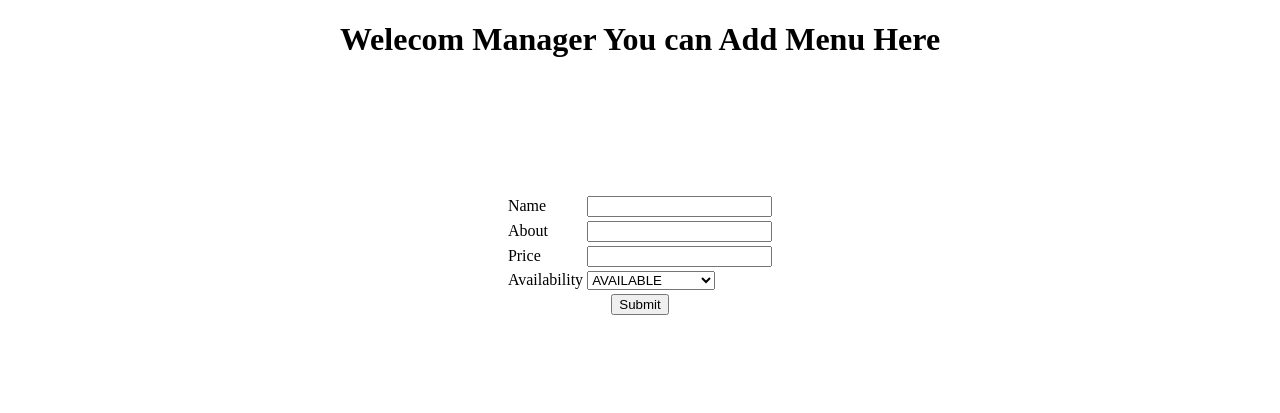
Repository: Jeevith-U/Advance-Java
Page: http://localhost/Food_App/branch.jsp
These files come from the project's save history. The page is drawn as it stood at one moment and after the next save; the edit follows.
The browser window is 1280 px wide. The pictures show the whole page.
The page is served by Tomcat 9.

Above is the page before, as saved 2023-08-23 06:18:24.

After the next save:
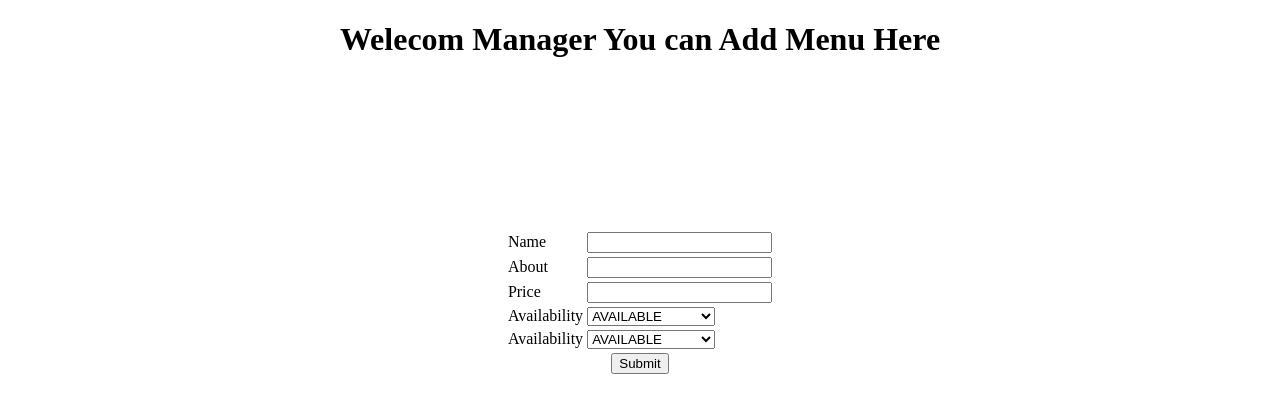
Saved 101 s later.
--- a/Projects/Food_App/src/main/webapp/branch.jsp
+++ b/Projects/Food_App/src/main/webapp/branch.jsp
@@ -48,6 +48,14 @@ table {
 				</tr>
 				<br> <br>
 				<tr>
+					<td><label for="ava">Availability</label>
+					<td><select id="ava" name="ava">
+							<option value="AVAILABLE">AVAILABLE</option>
+							<option value="NOT_AVAILABLE">NOT_AVAILABLE</option>
+					</select></td>
+				</tr>
+				<br> <br>
+				<tr>
 					<td colspan="2" align="center"><input type="submit"
 						value="Submit"></td>
 				</tr>
